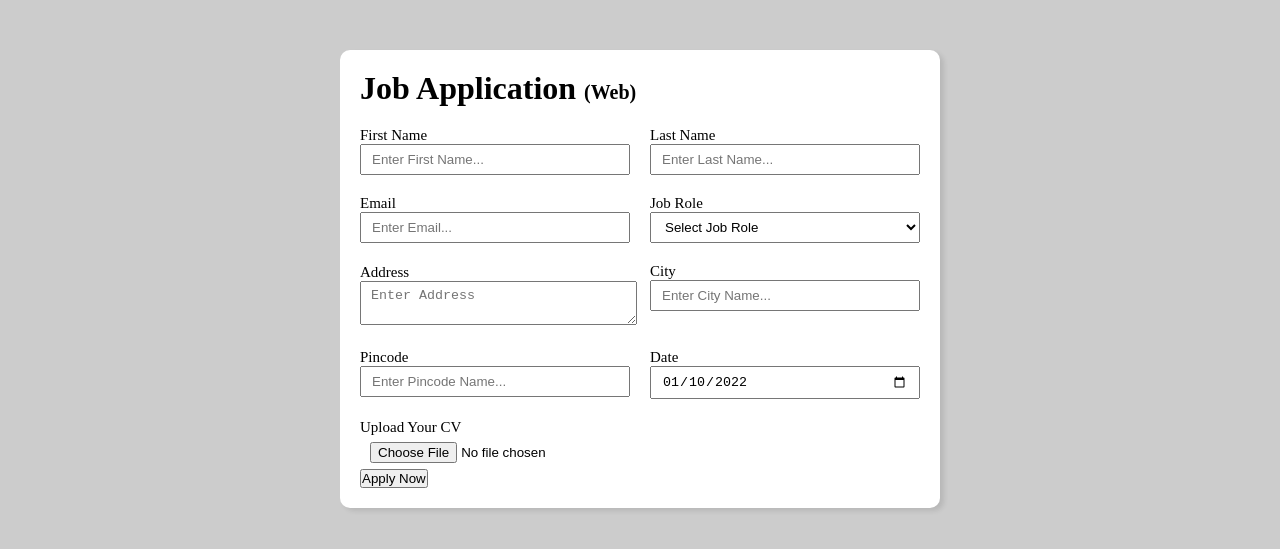
Repository: diensy/JOB-APPLICATION
Page: index.html
The author's editor kept a copy of each file at every save. The page is drawn from the files as they stood at one save, then again after the next save.
The browser window is 1280 px wide. The pictures show the whole page.

Above is the page before, as saved 2024-02-27 22:30:43.

After the next save:
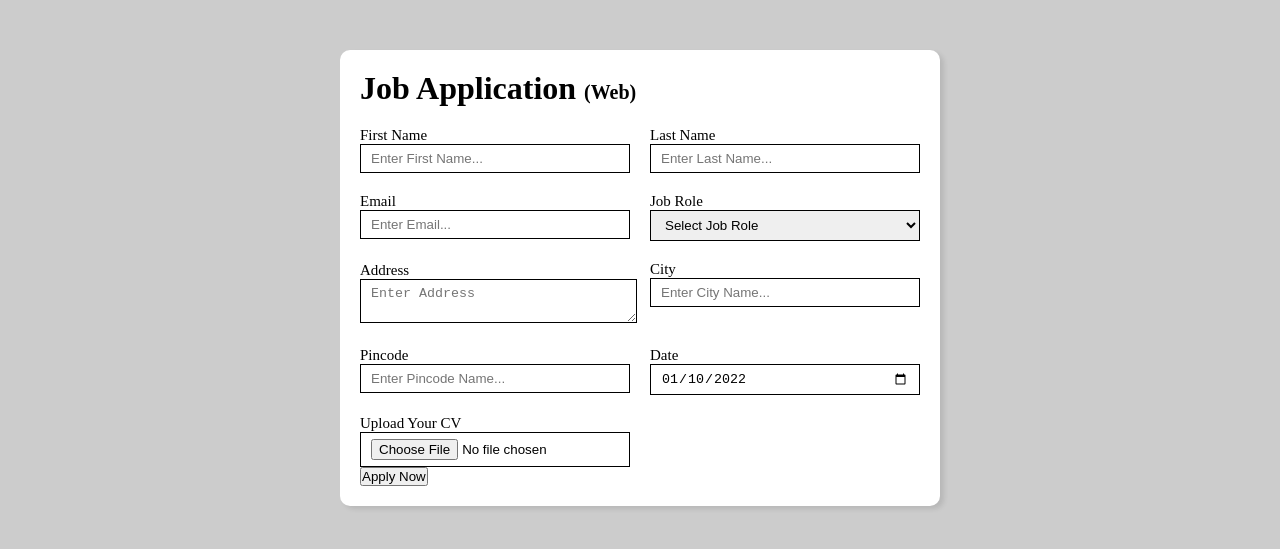
Saved 38 s later.
--- a/Job_Application.css
+++ b/Job_Application.css
@@ -44,4 +44,5 @@ input,
 select,
 textarea {
   padding: 6px 10px;
+  border: 1px solid;
 }
